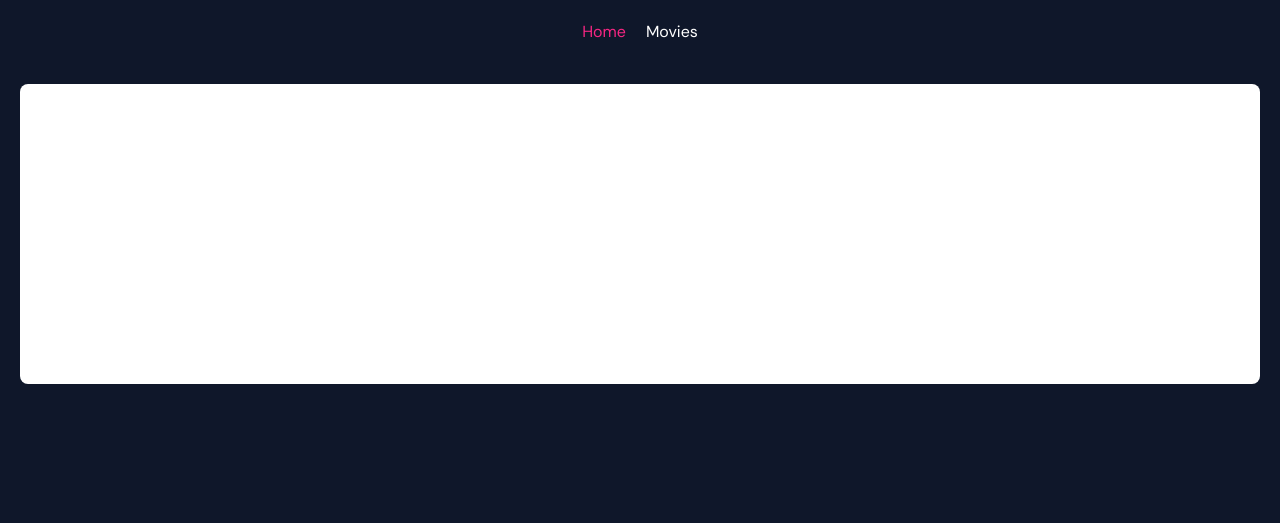
Repository: hoang0508/React-Simplep-Movie
Page: /
An editor plug-in stored every save of this project. The page is shown before and after the next save, followed by the edit.
The browser window is 1280 px wide. The pictures show the whole page.
The project was rebuilt for these pictures with package versions that can differ from the ones it lists, and the page was loaded fresh each time.

Above is the page before, as saved 2022-03-12 09:21:35.

### public/index.html
<!DOCTYPE html>
<html lang="en">
  <head>
    <meta charset="utf-8" />
    <link rel="icon" href="%PUBLIC_URL%/favicon.ico" />
    <meta name="viewport" content="width=device-width, initial-scale=1" />
    <meta name="theme-color" content="#000000" />
    <meta
      name="description"
      content="Web site created using create-react-app"
    />
    <link rel="apple-touch-icon" href="%PUBLIC_URL%/logo192.png" />
    <!--
      manifest.json provides metadata used when your web app is installed on a
      user's mobile device or desktop. See https://developers.google.com/web/fundamentals/web-app-manifest/
    -->
    <link rel="manifest" href="%PUBLIC_URL%/manifest.json" />
    <!--
      Notice the use of %PUBLIC_URL% in the tags above.
      It will be replaced with the URL of the `public` folder during the build.
      Only files inside the `public` folder can be referenced from the HTML.

      Unlike "/favicon.ico" or "favicon.ico", "%PUBLIC_URL%/favicon.ico" will
      work correctly both with client-side routing and a non-root public URL.
      Learn how to configure a non-root public URL by running `npm run build`.
    -->
    <title>React App</title>
    <link rel="preconnect" href="https://fonts.googleapis.com" />
    <link rel="preconnect" href="https://fonts.gstatic.com" crossorigin />
    <link
      href="https://fonts.googleapis.com/css2?family=DM+Sans:wght@400;500;700&display=swap"
      rel="stylesheet"
    />
  </head>
  <body>
    <noscript>You need to enable JavaScript to run this app.</noscript>
    <div id="root"></div>
    <!--
      This HTML file is a template.
      If you open it directly in the browser, you will see an empty page.

      You can add webfonts, meta tags, or analytics to this file.
      The build step will place the bundled scripts into the <body> tag.

      To begin the development, run `npm start` or `yarn start`.
      To create a production bundle, use `npm run build` or `yarn build`.
    -->
  </body>
</html>

### src/index.js
import React from "react";
import ReactDOM from "react-dom";
import "./index.scss";
import App from "./App";
import reportWebVitals from "./reportWebVitals";
import {} from "react-router-dom";
ReactDOM.render(
  <React.StrictMode>
    <App />
  </React.StrictMode>,
  document.getElementById("root")
);

// If you want to start measuring performance in your app, pass a function
// to log results (for example: reportWebVitals(console.log))
// or send to an analytics endpoint. Learn more: https://bit.ly/CRA-vitals
reportWebVitals();

### src/index.scss
@tailwind base;
@tailwind components;
@tailwind utilities;

@layer base {
  body {
    @apply bg-slate-900 font-body p-5;
  }
}

@layer components {
  .page-container {
    max-width: 1280px;
    margin-left: auto;
    margin-right: auto;
  }
}

### src/App.js
function App() {
  return (
    <>
      <header className="header flex items-center justify-center gap-x-5 text-white mb-10">
        <span className="text-primary">Home</span>
        <span>Movies</span>
      </header>
      <section className="banner h-[300px] page-container">
        <div className="w-full h-full rounded-lg bg-white"></div>
      </section>
    </>
  );
}

export default App;

### tailwind.config.js
module.exports = {
  content: ["./src/**/*.{js,jsx,ts,tsx}"],
  theme: {
    extend: {
      fontFamily: {
        body: ["DM Sans", "san-serif"],
      },
      colors: {
        primary: "#F62682",
      },
    },
  },
  plugins: [],
};

Loaded but not shown: src/reportWebVitals.js (common file)

After the next save:
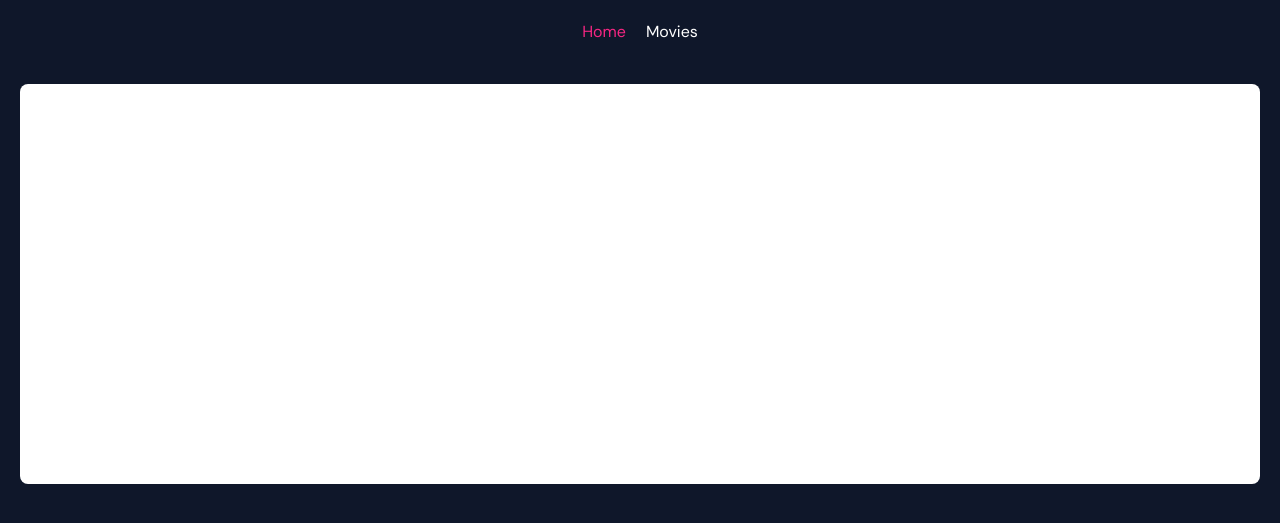
Saved 63 s later.
--- a/src/App.js
+++ b/src/App.js
@@ -5,7 +5,7 @@ function App() {
         <span className="text-primary">Home</span>
         <span>Movies</span>
       </header>
-      <section className="banner h-[300px] page-container">
+      <section className="banner h-[400px] page-container">
         <div className="w-full h-full rounded-lg bg-white"></div>
       </section>
     </>
